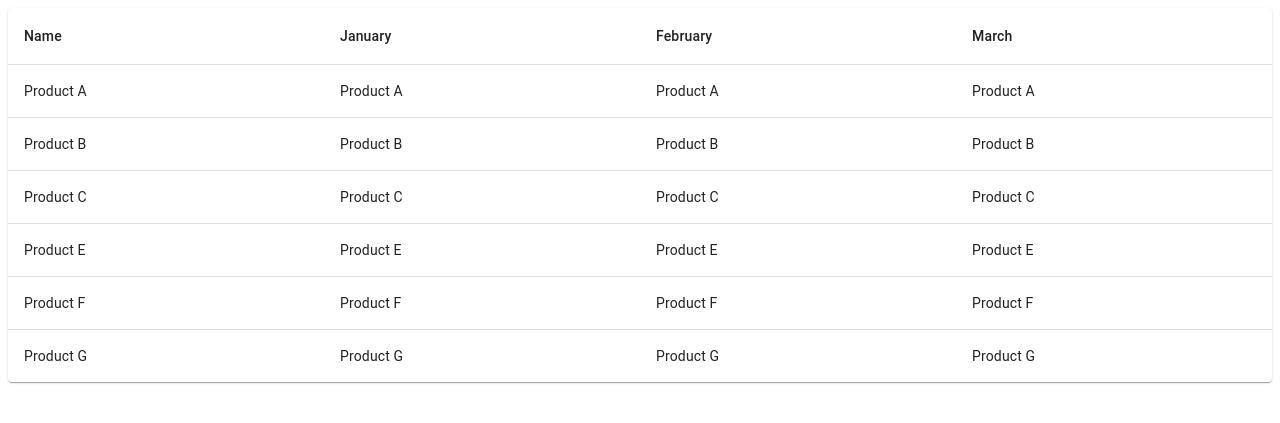
Repository: sagarjain738/test
Page: /
The author's editor kept a copy of each file at every save. The page is drawn from the files as they stood at one save, then again after the next save.
The browser window is 1280 px wide. The pictures show the whole page.
The project was rebuilt for these pictures with package versions that can differ from the ones it lists, and the page was loaded fresh each time. Also part of the build but not shown: vite.config.js, src/App.css, src/components/FirstChart.jsx, src/components/SecondData.jsx, src/components/PieChart.jsx, src/index.css.

Above is the page before, as saved 2024-01-20 23:07:13.

After the next save:
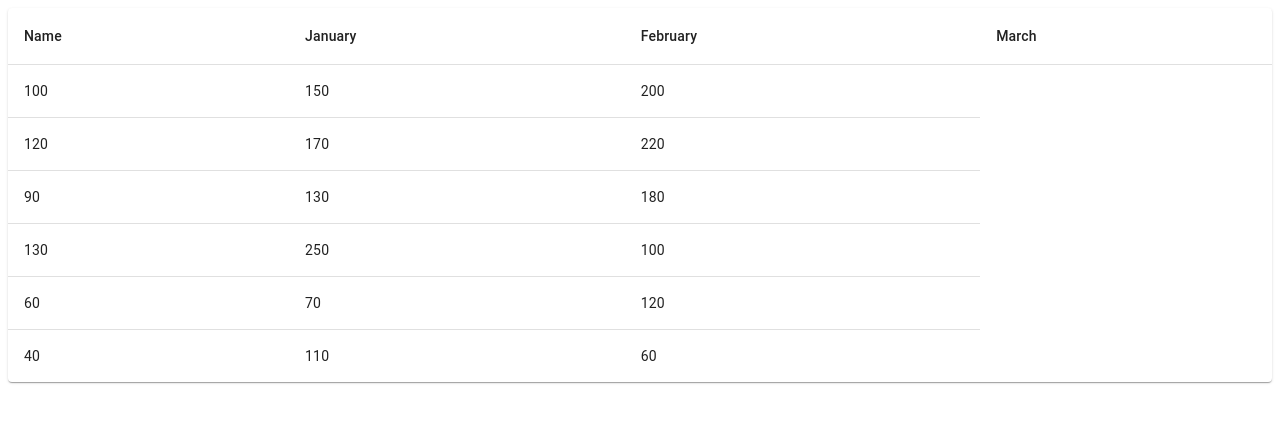
Saved 31 s later.
--- a/src/components/Table.jsx
+++ b/src/components/Table.jsx
@@ -39,16 +39,13 @@ export default function BasicTable() {
               sx={{ "&:last-child td, &:last-child th": { border: 0 } }}
             >
               <TableCell component="th" scope="row">
-                {row.name}
+                {row.January}
               </TableCell>
               <TableCell component="th" scope="row">
-                {row.name}
+                {row.February}
               </TableCell>
               <TableCell component="th" scope="row">
-                {row.name}
-              </TableCell>
-              <TableCell component="th" scope="row">
-                {row.name}
+                {row.March}
               </TableCell>
             </TableRow>
           ))}
